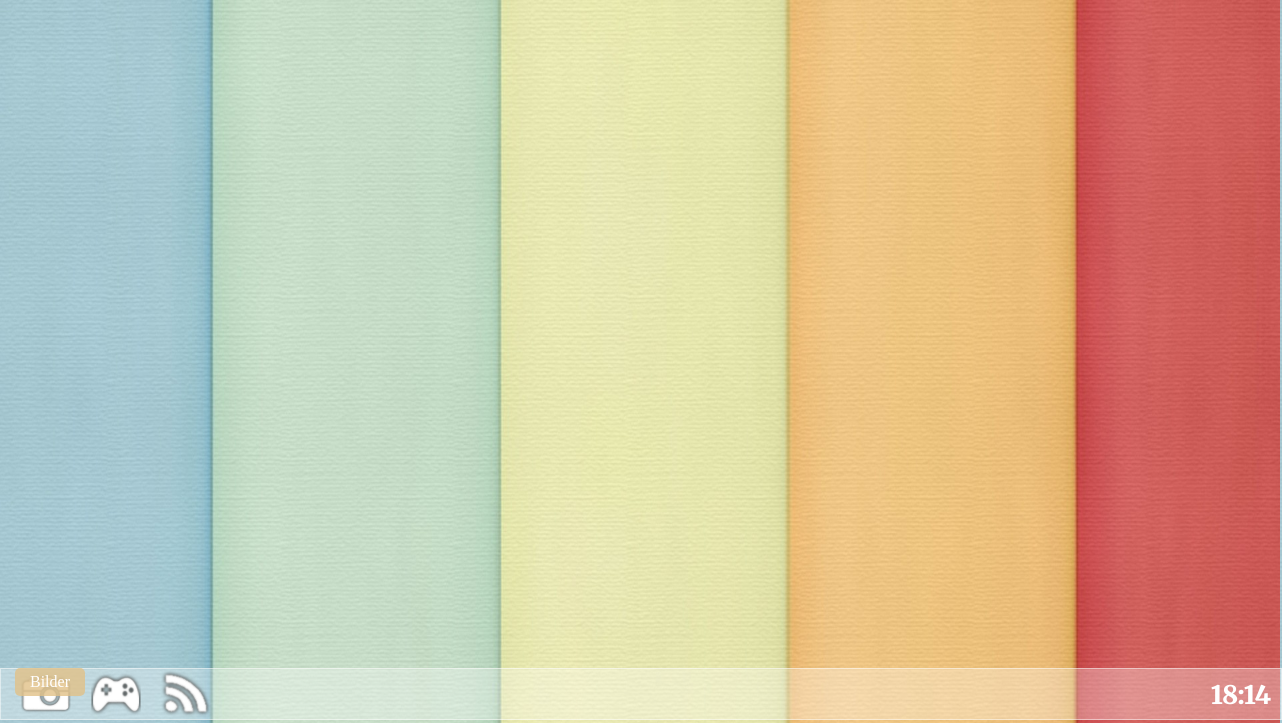
Repository: RebeccaFransson/1dv403-laborationer
Page: 5-pwd/desktop.html
The author's editor kept a record of every edit. The page is drawn from the files as they stood at one moment, then again after the next edit.
The browser window is 1280 px wide. The page is 1282 px wide, so the pictures cover 1282 px, including what lies to the right of the window. The pictures show the whole page.
The pointer rests on the first visible `.tooltip`.
Some web fonts or font styles are not loaded; a fallback is used.

Above is the page before.

After the next edit:
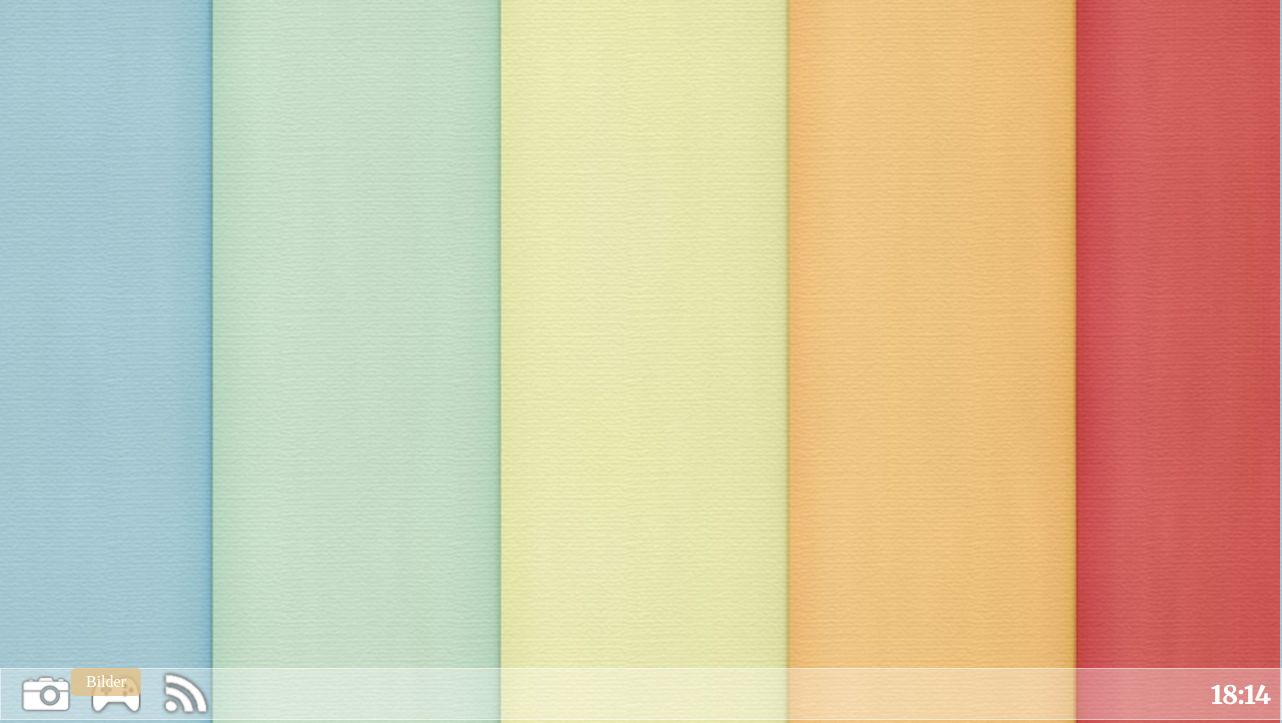
The edit:
--- a/5-pwd/windowstyle.css
+++ b/5-pwd/windowstyle.css
@@ -104,7 +104,7 @@
     bottom: 26px;
     color: #fff;
     content: attr(title);
-    left: 20%;
+    left: 100%;
     padding: 5px 15px;
     position: absolute;
     z-index: 99;
